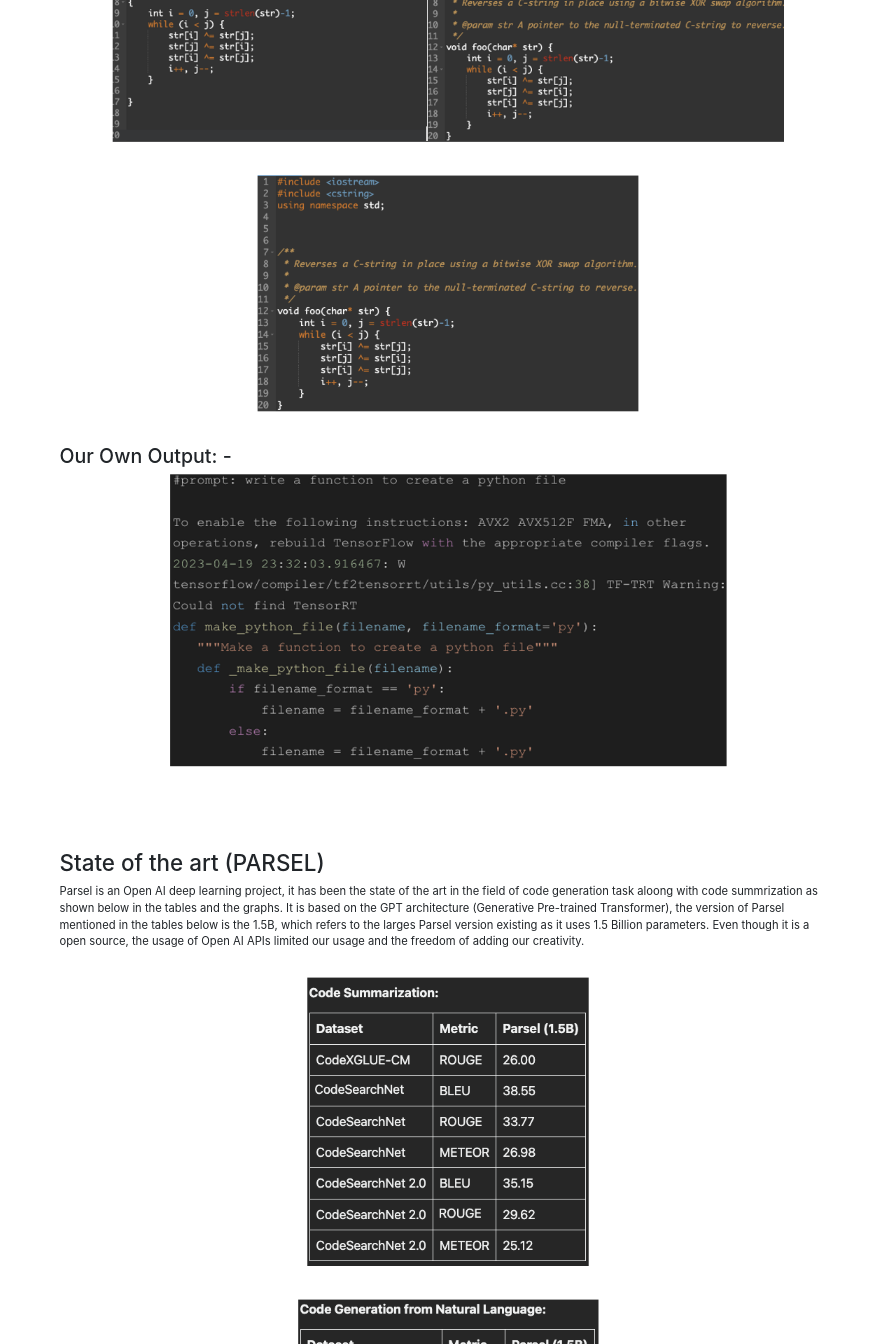
Repository: Shaalan-omar/ConcodePlus
Page: team-specific/index.html
These files come from the project's save history. The page is drawn as it stood at one moment and after the next save; the edit follows.
The browser window is 1280 px wide. The pictures show the part of the page from y = 2342 to 4262 px (the page is 10533 px tall before and 10148 px after), at 70% of full size.

Above is the page before, as saved 2023-05-14 11:23:25.

After the next save:
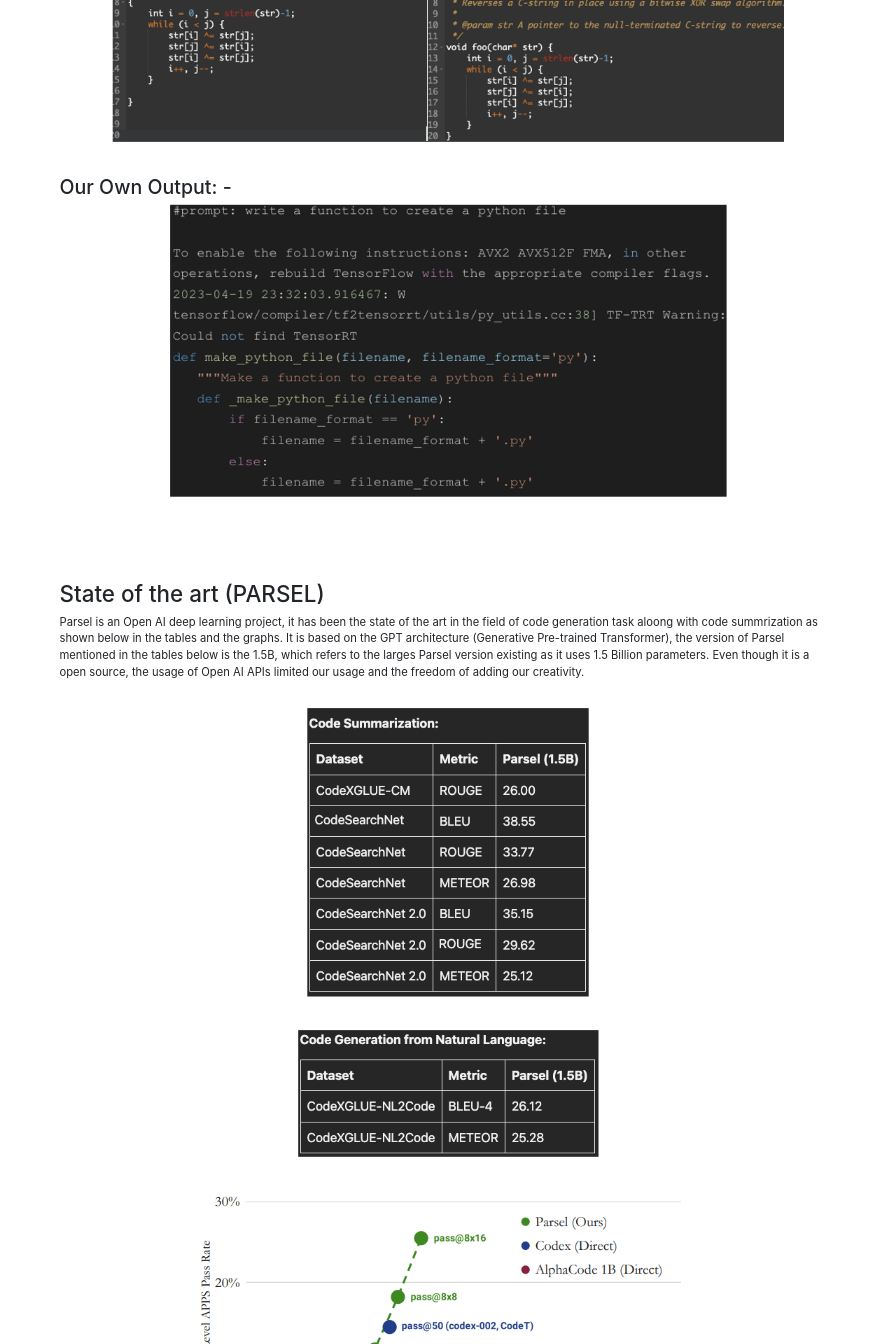
Saved 11 s later.
--- a/team-specific/index.html
+++ b/team-specific/index.html
@@ -118,13 +118,7 @@
 
     	<br/> <!-- Empty Line after the image -->
 
-      <br/> <!-- Empty Line before the image -->
-	    <div class="img-container" align="center"> <!-- Block parent element -->
-      		<img src="resources/images/Problem_Stat_2.png" class="img-fluid text-center">
-    	</div>
-
-
-        <br>
+
       </br>
          <h3>
 			 Our Own Output: -
